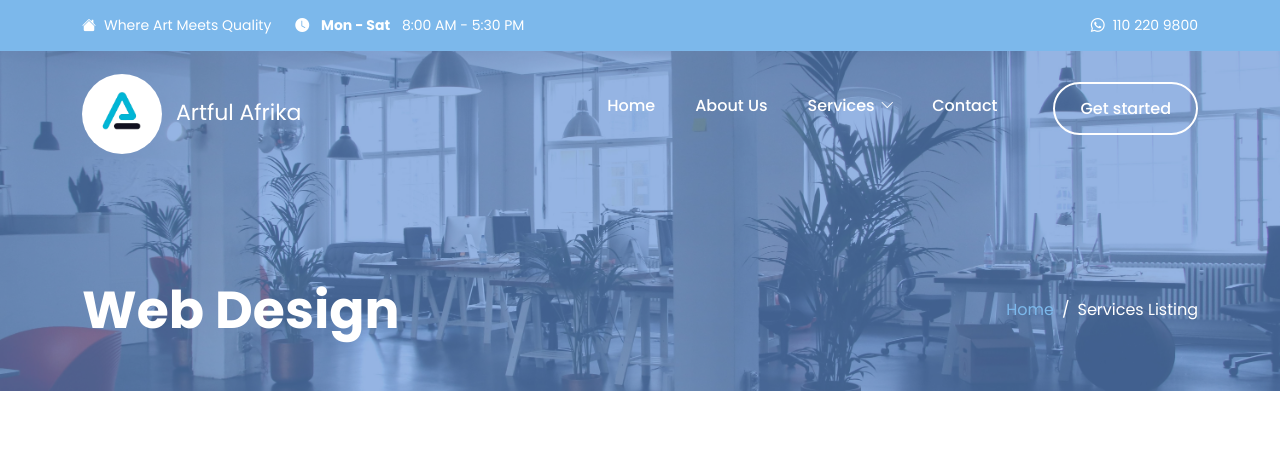
Repository: Jeremiahpdl-dev/Artfulafrika
Page: Web-Design.html
The author's editor kept a copy of each file at every save. The page is drawn from the files as they stood at one save, then again after a run of saves.
The browser window is 1280 px wide. The pictures show the part of the page from y = 0 to 471 px (the page is 2592 px tall).
A picture or video elsewhere on the page could not be fetched, so the positions and the page height are approximate.

Above is the page before, as saved 2025-10-02 16:47:43.

After the next 2 saves:
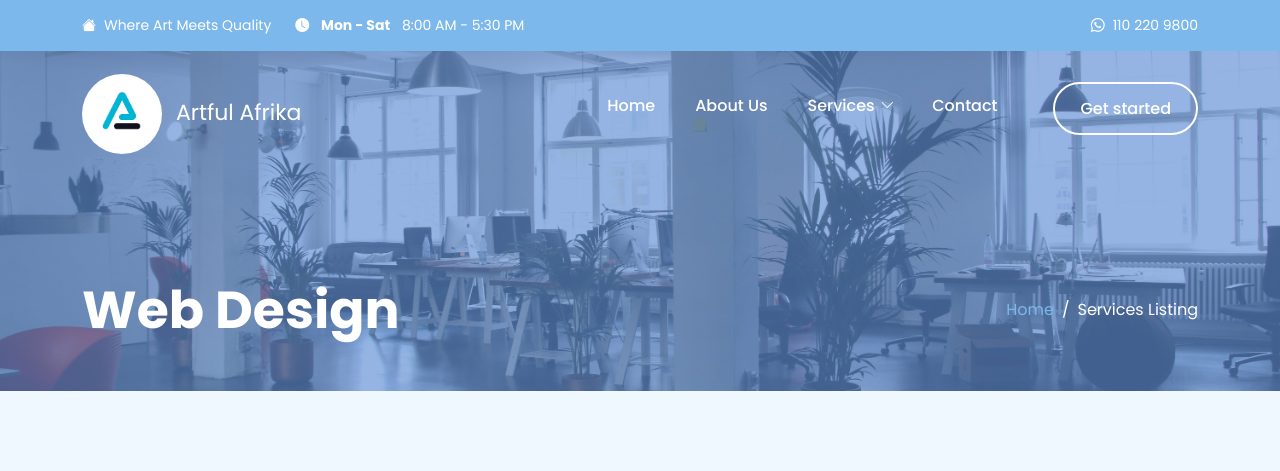
The 2 saves are shown as one change because they came seconds apart.
The last was saved 6 s later.
--- a/Web-Design.html
+++ b/Web-Design.html
@@ -132,7 +132,7 @@
                 </div>
             </section>
 
-            <section class="section-padding ">
+            <section class="section-padding section-bg">
                 <div class="container">
                     <div class="row">
 
